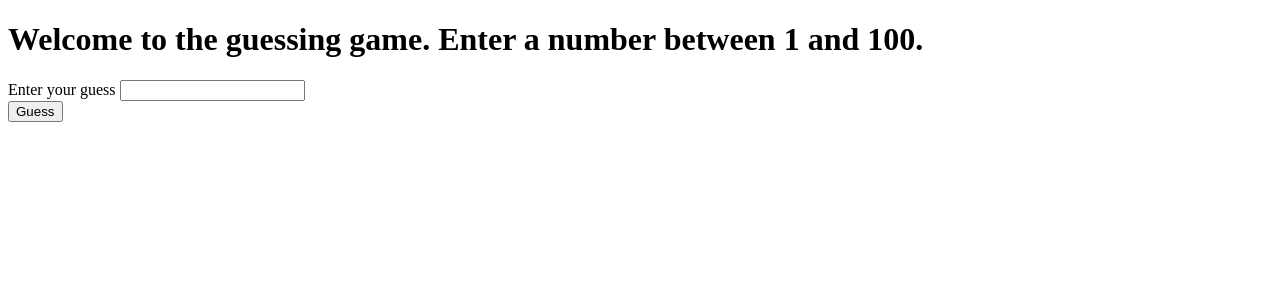
Repository: duckpuppy/Jul_24_26_2013
Page: http://localhost/Day03FNLab05/WEB-INF/pages/play.jsp
The author's editor kept a copy of each file at every save. The page is drawn from the files as they stood at one save, then again after the next save.
The browser window is 1280 px wide. The pictures show the whole page.
The page is served by Tomcat 9. Nobody is signed in. The template is opened directly, without the code that normally fills it, so the values that code supplies are empty.

Above is the page before, as saved 2013-07-26 14:01:49.

After the next save:
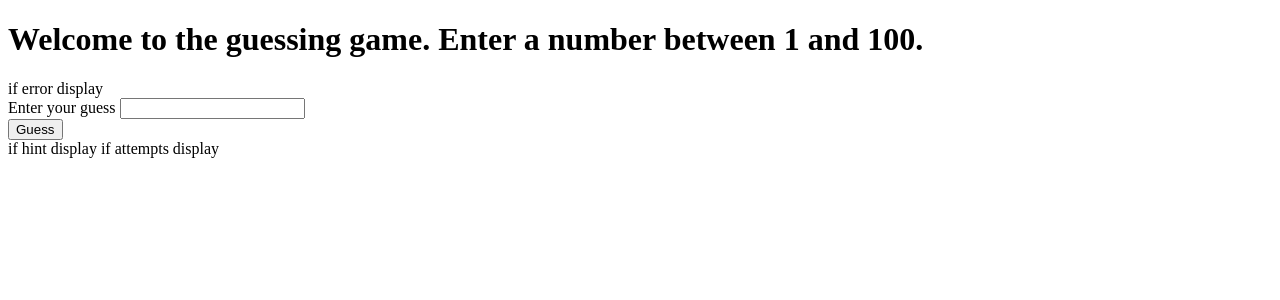
Saved 29 s later.
--- a/workspace/Day03FNLab05/WebContent/WEB-INF/pages/play.jsp
+++ b/workspace/Day03FNLab05/WebContent/WEB-INF/pages/play.jsp
@@ -4,9 +4,13 @@
 <html>
 	<body>
 		<h1>Welcome to the guessing game. Enter a number between 1 and 100.</h1>
+		if error display
 		<form>
 			Enter your guess <input type="text" name="guess"/><br/>
 			<input type="submit" value="Guess"/>
 		</form>
+
+		if hint display
+		if attempts display
 	</body>
 </html>
